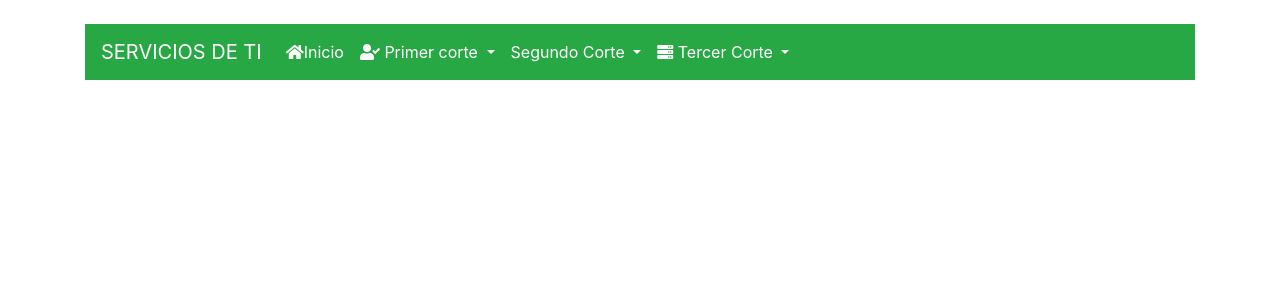
Repository: DavidGomMar/equipo_7
Page: index.html
An editor plug-in stored every save of this project. The page is shown before and after the next save, followed by the edit.
The browser window is 1280 px wide. The pictures show the whole page.
Some icons come from a web library that is not loaded, so they are not drawn. Some web libraries are served in a nearby version.

Above is the page before, as saved 2022-09-19 09:27:54.

After the next save:
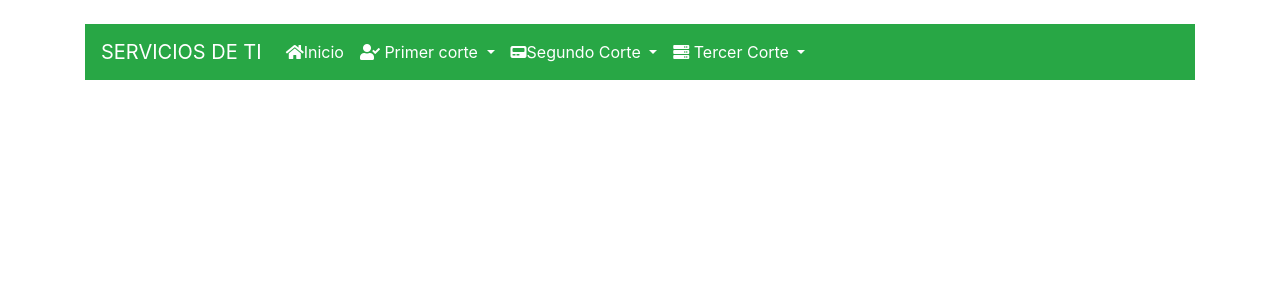
Saved 103 s later.
--- a/index.html
+++ b/index.html
@@ -49,7 +49,7 @@
                     </li>
                     <li class="nav-item dropdown" >
                         <a class="nav-link dropdown-toggle" href="#" data-toggle="dropdown" style="color: white;">
-                            <i class="fa-solid fa-page"></i>Segundo Corte
+                            <i class="fas fa-pager"></i>Segundo Corte
                         </a>
                         <div class="dropdown-menu" aria-labelledby="navbarDropDownMenuLink">
                             <a class="dropdown-item" href="#" id="menuAgregarUsuario"><span class="fas fa-user-plus"></span> Luis Antonio de Jesús López </a>
